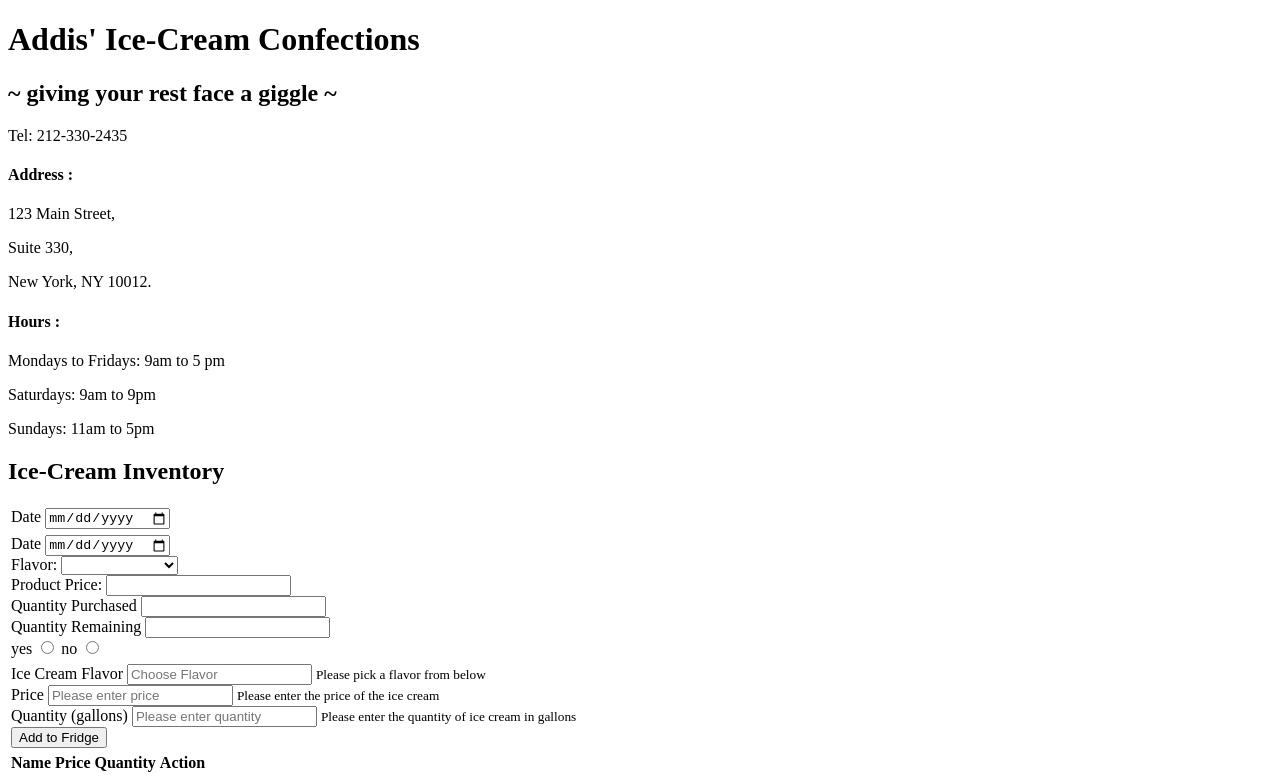
Repository: addisjackson/inventory-web-application
Page: index.html
The author's editor kept a copy of each file at every save. The page is drawn from the files as they stood at one save, then again after a run of saves.
The browser window is 1280 px wide. The pictures show the whole page.

Above is the page before, as saved 2023-07-05 18:06:57.

### index.html
<!DOCTYPE html>
<html lang="en">
<head>
    <meta charset="UTF-8">
    <meta name="viewport" content="width=, initial-scale=1.0">
    <meta http-equiv="X-UA-Compatible" content="ie=edge">
    <title>Inventory Web Application</title>
    <link rel="stylesheet" href="style.css">
    <script>
        function toggleNewFlavorInput() {
            const flavorSelect = document.getElementById("flavor");
            const newFlavorInput = document.getElementById("newFlavorInput");
            if (flavorSelect.value === "newFlavor") {
                newFlavorInput.style.display = "block";
            } else {
                newFlavorInput.style.display = "none";
            }
        }
    </script>
</head>
    <body>
    <div class="storename">
        <div class="header">
            <h1>Addis' Ice-Cream Confections</h1>
        </div>
    </div>
        <div class="slogon">
            <h2>~ giving your rest face a giggle ~</h2>
        </div>
        <div class="tel">
            <p>Tel: 212-330-2435</p>
        </div>
        <div class="addresshours">
            <div class="address">
                <h4>Address :</h4>
                <p>123 Main Street,</p>
                <p>Suite 330,</p>
                <p>New York, NY 10012.</p>
            </div>
        <div class="addresshours">
            <div class="hours">
                <h4>Hours :</h4>
                <p>Mondays to Fridays: 9am to 5 pm</p>
                <p>Saturdays: 9am to 9pm</p>
                <p>Sundays: 11am to 5pm</p>
            </div>
        </div>
        <div class="title">
            <h2>Ice-Cream Inventory</h2>
        </div>
            </div>
        <table>
            <tr>
                <td>
                    <form autocomplete="off" onsubmit="onFormSubmit()">
                        <div class="datename">
                            <label for="date">Date</label>
                            <input type="date" name="date" id="date">
                        </div>
                        <div class="datename">

                        </div>
                    </form>
                </td>
            </tr>
        </table>
        <table>
            <tr>
                <td>
                    <form autocomplete="off" onsubmit="onFormSubmit()">
                        <div class="datename">
                            <label for="date">Date</label>
                            <input type="date" name="date" id="date">
                        </div>
                        <div class="datename">
                            <label for="flavor">Flavor:</label>
                            <select id="flavor" onchange="toggleNewFlavorInput()">
                                <option value="Vanilla"></option>
                                <option value="Chocolate"></option>
                                <option value="Strawberry"></option>
                                <option value="Cookies and Cream"></option>
                                <option value="Cookie Dough"></option>
                                <option value="Butter Pecan"></option>
                                <option value="Birthday Cake"></option>
                                <option value="Rocky Road"></option>
                                <option value="Coffee"></option>
                                <option value="Pistachio"></option>
                                <option value="Chocolate Chip"></option>
                                <option value="Chocolate Chip Cookie Dough"></option>
                                <option value="Chocolate Peanut Butter"></option>
                                <option value="Chocolate Marshmallow"></option>
                                <option value="Chocolate Chip Mint"></option>
                                <option value="Chocolate Fudge Brownie"></option>
                                <option value="newFlavor">Flavor not listed</option>
                            </select>
                            <input type="text" id="newFlavorInput" name="newFlavor" style="display: none;">
                        </div>
                        <div>
                            <label for="productPrice">Product Price:</label>
                            <input type="number" name="productPrice" id="productPrice">
                        </div>
                        <div>
                            <label for="quantityPurchased">Quantity Purchased</label>
                            <input type="number" name="quantityPurchased" id="quantityPurchased">
                        </div>
                        <div>
                            <label for="quantityRemaining">Quantity Remaining</label>
                            <input type="number" name="quantityRemaining" id="quantityRemaining">
                        </div>
                        <div>
                            <label for="order">yes</label>
                            <input type="radio" id="order" name="order">
                            <label for="noorder">no</label>
                            <input type="radio" id="noorder" name="order">
                        </div>

                        <div class="form_action-button>
                            <input type="submit" value=""

                            <input type="number" name="quantityPurchased" id="quantityPurchased">
                        </div>


                    </form>
                </td>
            </tr>
        </table>
            <div class="form">
                <form name="inventory" id="form">
                    <table>
                        <tr>
                            <td>
                                <div class="form-control">
                                    <label for="iceCreamNames">Ice Cream Flavor</label>
                                    <input list="ice-cream-flavors" id="iceCreamNames" name="iceCreamNames"
                  placeholder="Choose Flavor" onchange="if (this.value=='10000'){userselect.
                  style.visibility='visible'}else {userselect.style.visibility='hidden'};">
                                    <small>Please pick a flavor from below</small>
                                    <datalist id="ice-cream-flavors">
                                    </datalist>
                                    <input type="textbox" name="10000" id="input" style="visibility:hidden;">
                                </div>
                                <div class="form-control">
                                    <label for="price">Price</label>
                                    <input type="number" id="price" name="price" placeholder="Please enter price" required>
                                    <small>Please enter the price of the ice cream</small>
                                </div>
                                <div class="form-control">
                                    <label for="quantity">Quantity (gallons)</label>
                                    <input type="number" id="quantity" name="quantity" placeholder="Please enter quantity" required>
                                    <small>Please enter the quantity of ice cream in gallons</small>
                                </div>
                                <button type="submit">Add to Fridge</button>
                             </form>
                            </td>
                        </tr>
                    </table>

            </div>
            <div class="table">
                <table id="table">
                    <thead>
                        <tr>
                            <th>Name</th>
                            <th>Price</th>
                            <th>Quantity</th>
                            <th>Action</th>
                        </tr>
                    </thead>
                    <tbody id="tbody">
                    </tbody>
                </table>
            </div>
        </div>
    </div>

Loaded but not shown: style.css (no copy from this time; the picture is the same without it)

After the next 2 saves:
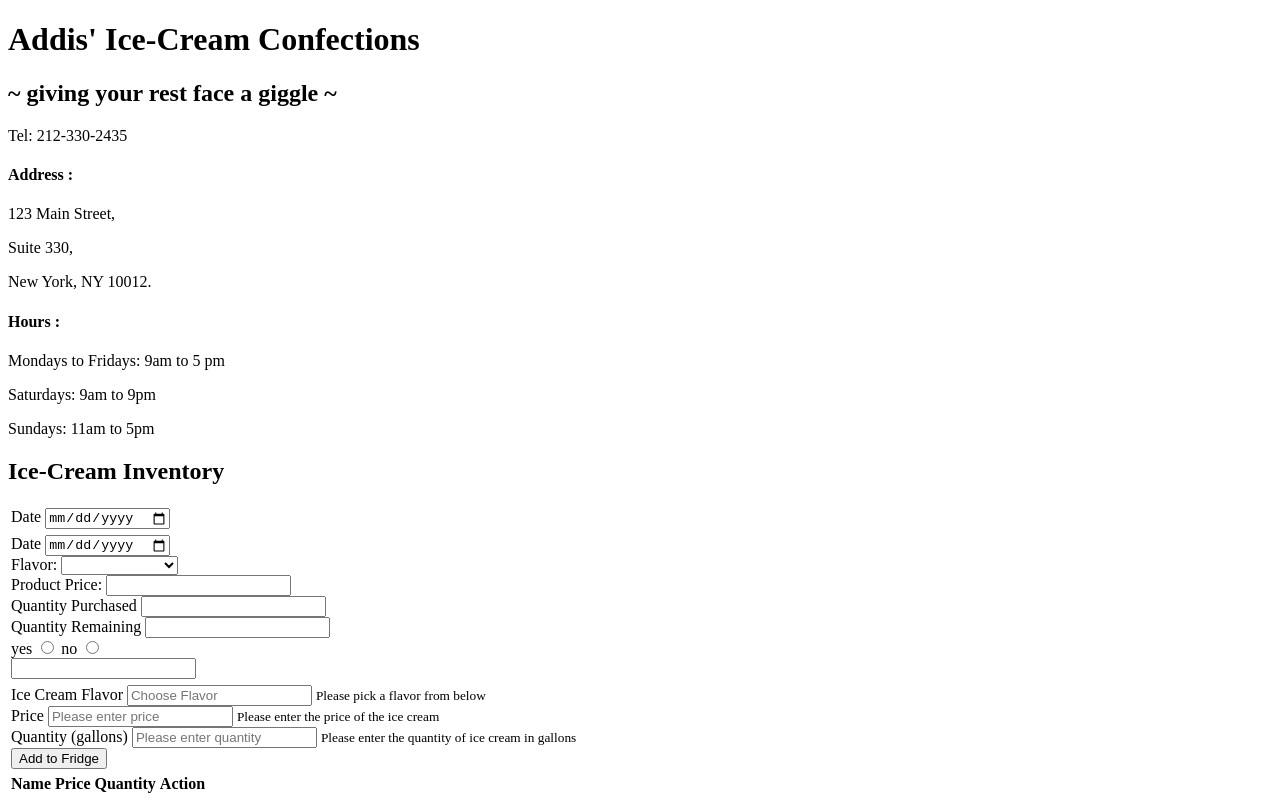
The 2 saves are shown as one change because they came seconds apart.
The last was saved 7 s later.
--- a/index.html
+++ b/index.html
@@ -115,7 +115,8 @@
                         </div>
 
                         <div class="form_action-button>
-                            <input type="submit" value=""
+                            <input type="submit" value="submit">
+                        </div>
 
                             <input type="number" name="quantityPurchased" id="quantityPurchased">
                         </div>
